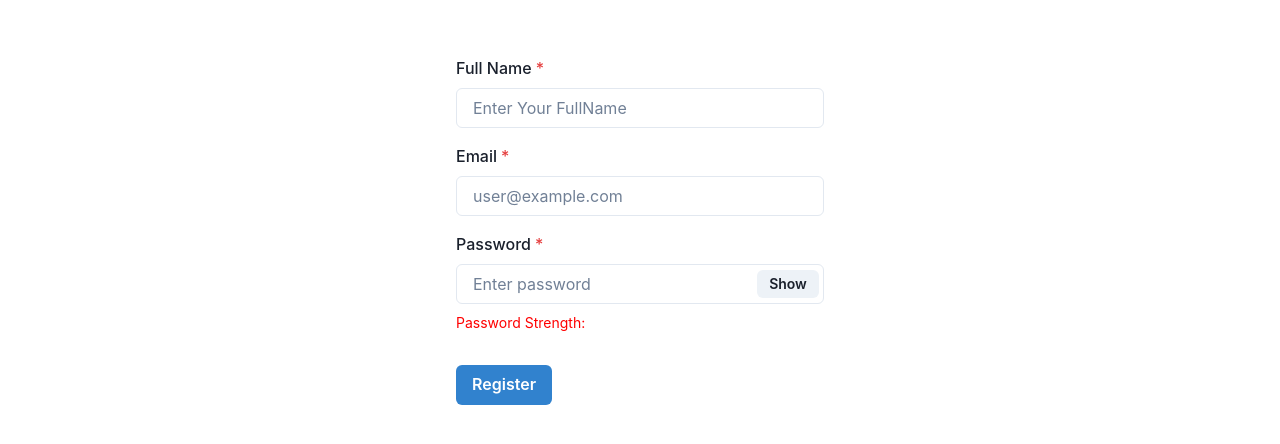
Repository: Abhi2359/chakra_form_validation
Page: / (app in reg_form/)
These files come from the project's save history. The page is drawn as it stood at one moment and after a run of saves; the edit follows.
The browser window is 1280 px wide. The pictures show the whole page.
The project was rebuilt for these pictures with package versions that can differ from the ones it lists, and the page was loaded fresh each time. Also part of the build but not shown: reg_form/vite.config.js.

Above is the page before, as saved 2023-08-11 16:47:25.

After the next 2 saves:
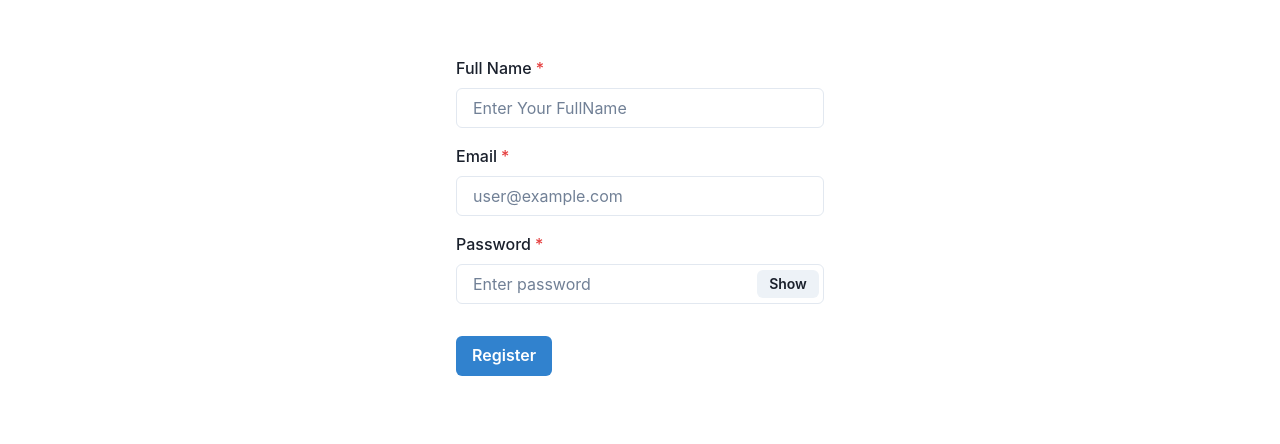
The 2 saves are shown as one change because they came seconds apart.
The last was saved 2 min 40 s later.
--- a/reg_form/src/RegisterationForm.jsx
+++ b/reg_form/src/RegisterationForm.jsx
@@ -1,4 +1,4 @@
-import { FormControl, FormLabel, Input, Box, InputRightElement, InputGroup, Button, Text } from "@chakra-ui/react";
+import { FormControl, FormLabel, Input, Box, InputRightElement, InputGroup, Button } from "@chakra-ui/react";
 import React, { useState } from "react";
 
 function RegisterationForm() {
@@ -90,7 +90,7 @@
         </Button>
       </InputRightElement>
     </InputGroup>
-
+    {passwordStrength && (
           <Text
             mt={2}
             fontSize="sm"
@@ -104,7 +104,7 @@
           >
             Password Strength: {passwordStrength}
           </Text>
-
+        )}
       </FormControl>
       <Button
            colorScheme="blue"
